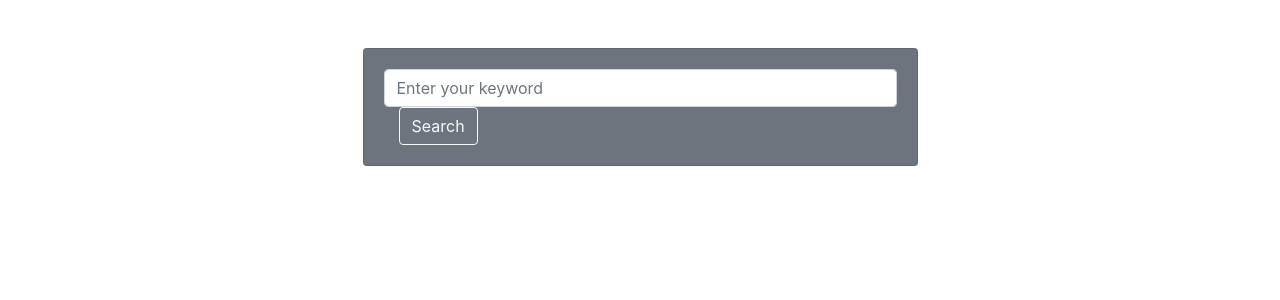
Repository: GovindParve/spring_mvc_maven_search_project
Page: http://localhost/springmvcsearch/home
The author's editor kept a copy of each file at every save. The page is drawn from the files as they stood at one save, then again after the next save.
The browser window is 1280 px wide. The pictures show the whole page.
Some web libraries are served in a nearby version. The page is served by Tomcat 9. Other server files are loaded and not shown.

Above is the page before, as saved 2023-06-17 18:22:40.

### springmvcsearch/src/main/webapp/WEB-INF/spring-servlet.xml
<?xml version="1.0" encoding="UTF-8"?>

<!-- Configuration file -->

<beans xmlns="http://www.springframework.org/schema/beans"
	xmlns:xsi="http://www.w3.org/2001/XMLSchema-instance"
	xmlns:context="http://www.springframework.org/schema/context"
	xmlns:p="http://www.springframework.org/schema/p"
	xmlns:tx="http://www.springframework.org/schema/tx"
    xsi:schemaLocation="
        http://www.springframework.org/schema/beans
        http://www.springframework.org/schema/beans/spring-beans.xsd
        http://www.springframework.org/schema/context
        http://www.springframework.org/schema/context/spring-context.xsd
        http://www.springframework.org/schema/tx
        http://www.springframework.org/schema/tx/spring-tx.xsd
        ">


	<context:component-scan base-package="springmvcsearch"></context:component-scan>


	<bean
		 class="org.springframework.web.servlet.view.InternalResourceViewResolver"
		 name="viewResolver">
		<property name="prefix" value="/WEB-INF/views/" />
		<property name="suffix" value=".jsp" />

	</bean>



</beans>

### springmvcsearch/src/main/webapp/WEB-INF/views/home.jsp
<!doctype html>
<html lang="en">
  <head>
    <!-- Required meta tags -->
    <meta charset="utf-8">
    <meta name="viewport" content="width=device-width, initial-scale=1, shrink-to-fit=no">

    <!-- Bootstrap CSS -->
    <link rel="stylesheet" href="https://cdn.jsdelivr.net/npm/bootstrap@4.0.0/dist/css/bootstrap.min.css" integrity="sha384-Gn5384xqQ1aoWXA+058RXPxPg6fy4IWvTNh0E263XmFcJlSAwiGgFAW/dAiS6JXm" crossorigin="anonymous">

    <title>Hello, world!</title>
  </head>
  <body>
    <div class="container">
    	<div class="card mx-auto mt-5 bg-secondary" style="width: 50%">
    		<div class="card-body">
    			<form action="">
    				<div class="form-grop">
    					<input type="text" name="querybox" placeholder="Enter your keyword" class="form-control" >
    				</div>
    				<div class="container">
    					<button class="btn btn-outline-light">Search</button>
    				</div>
    			</form>
    		</div>
    	</div>
    </div>

    <!-- Optional JavaScript -->
    <!-- jQuery first, then Popper.js, then Bootstrap JS -->
    <script src="https://code.jquery.com/jquery-3.2.1.slim.min.js" integrity="sha384-KJ3o2DKtIkvYIK3UENzmM7KCkRr/rE9/Qpg6aAZGJwFDMVNA/GpGFF93hXpG5KkN" crossorigin="anonymous"></script>
    <script src="https://cdn.jsdelivr.net/npm/popper.js@1.12.9/dist/umd/popper.min.js" integrity="sha384-ApNbgh9B+Y1QKtv3Rn7W3mgPxhU9K/ScQsAP7hUibX39j7fakFPskvXusvfa0b4Q" crossorigin="anonymous"></script>
    <script src="https://cdn.jsdelivr.net/npm/bootstrap@4.0.0/dist/js/bootstrap.min.js" integrity="sha384-JZR6Spejh4U02d8jOt6vLEHfe/JQGiRRSQQxSfFWpi1MquVdAyjUar5+76PVCmYl" crossorigin="anonymous"></script>
  </body>
</html>

### springmvcsearch/src/main/java/springmvcsearch/SearchController.java
package springmvcsearch;

import org.springframework.stereotype.Controller;
import org.springframework.web.bind.annotation.RequestMapping;

@Controller
public class SearchController {


	@RequestMapping("/home")
	public String home()
	{
		System.out.println("going to home");
		return "home";
	}

}

After the next save:
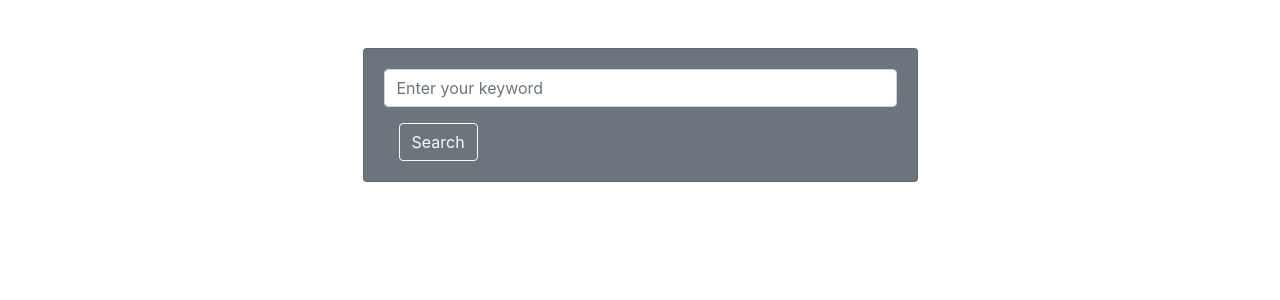
Saved 27 s later.
--- a/springmvcsearch/src/main/webapp/WEB-INF/views/home.jsp
+++ b/springmvcsearch/src/main/webapp/WEB-INF/views/home.jsp
@@ -15,7 +15,7 @@
     	<div class="card mx-auto mt-5 bg-secondary" style="width: 50%">
     		<div class="card-body">
     			<form action="">
-    				<div class="form-grop">
+    				<div class="form-group">
     					<input type="text" name="querybox" placeholder="Enter your keyword" class="form-control" >
     				</div>
     				<div class="container">
